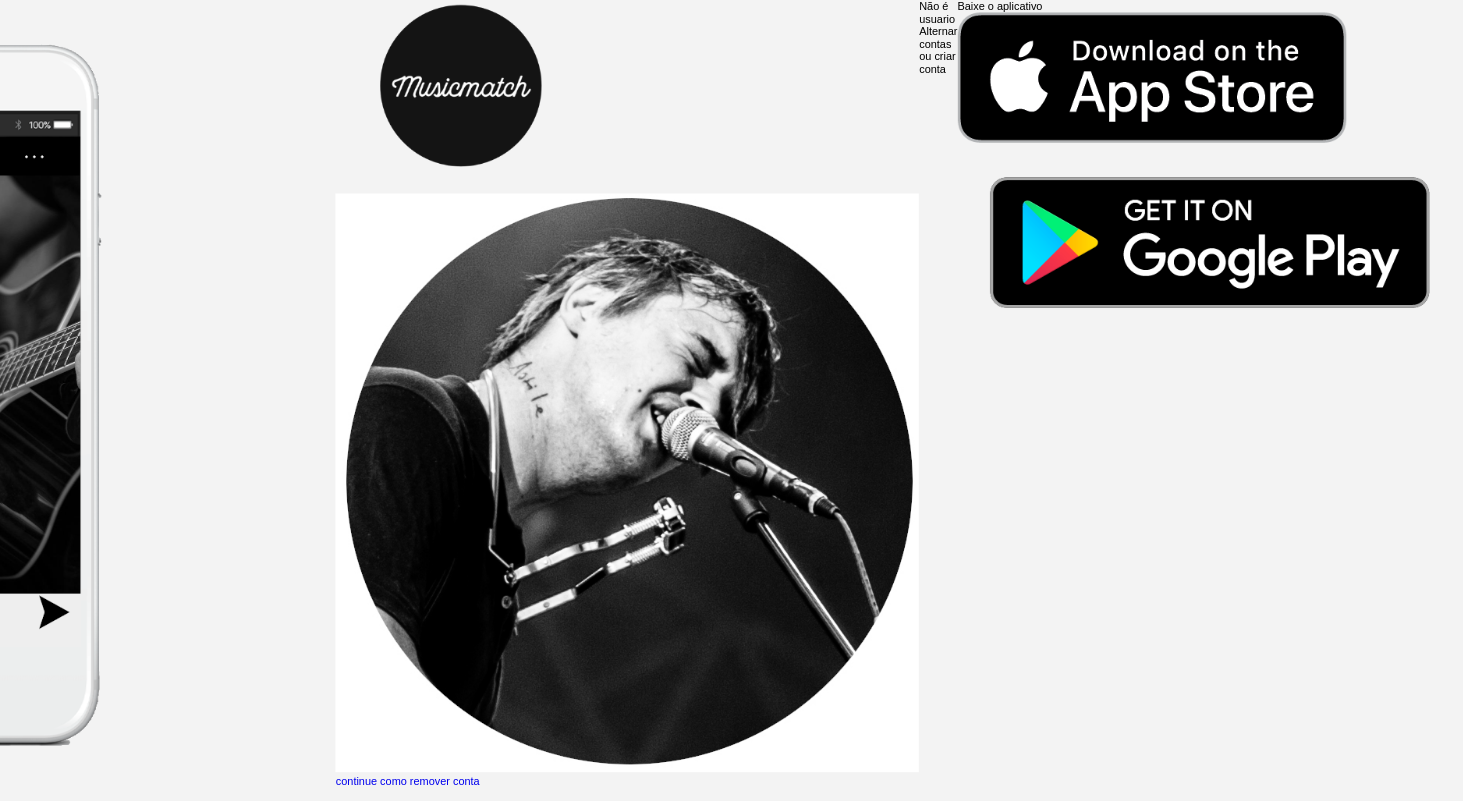
Repository: julianopedraca/matchmusic
Page: index.html
An editor plug-in stored every save of this project. The page is shown before and after the next save, followed by the edit.
The browser window is 1280 px wide. The page is 1874 px wide, then 1875 px, so the pictures cover 1875 px, including what lies to the right of the window. The pictures show the whole page, at 78% of full size.

Above is the page before, as saved 2022-06-09 20:47:48.

After the next save:
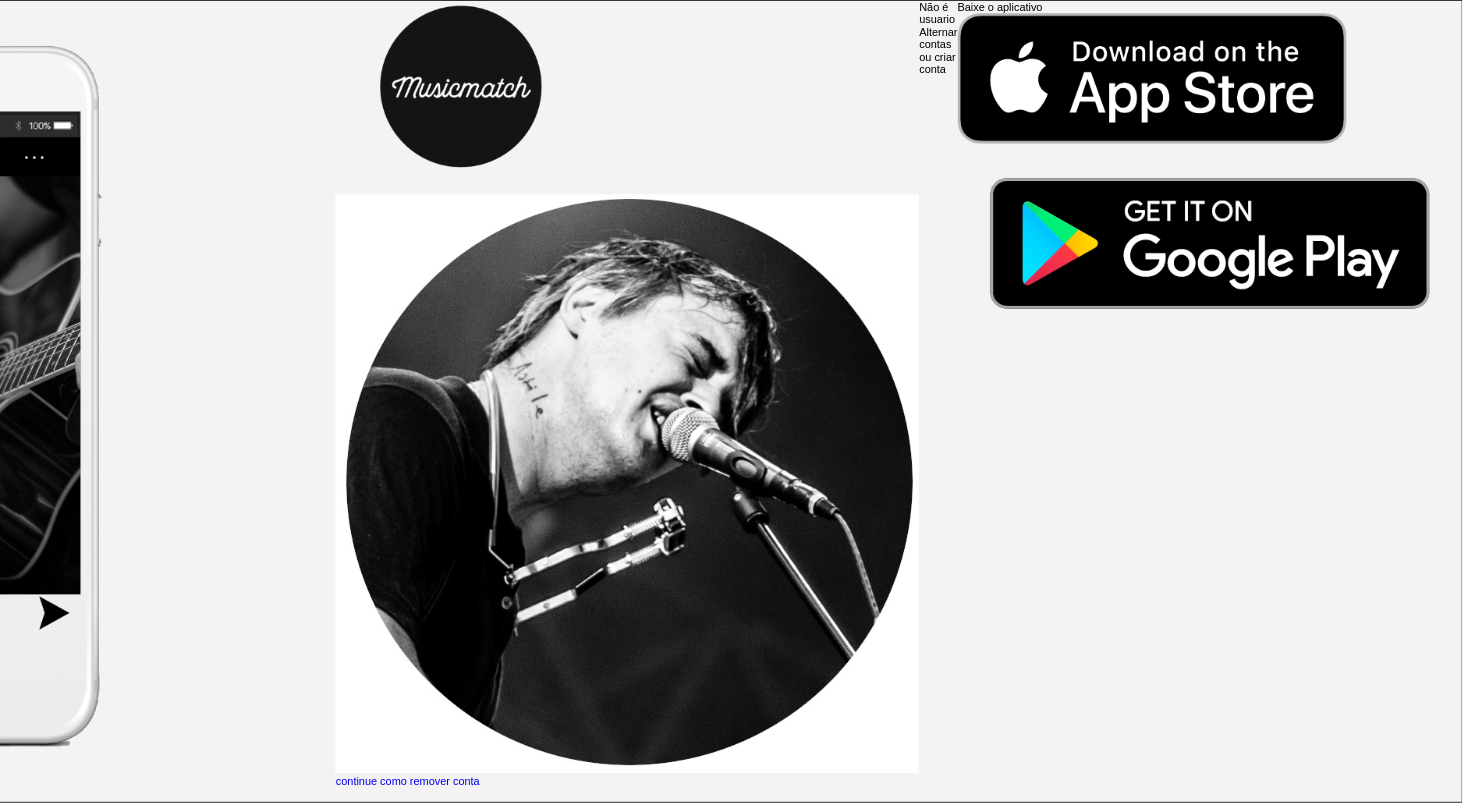
Saved 15 s later.
--- a/style.css
+++ b/style.css
@@ -20,5 +20,5 @@
 
 .musicmatch-wrapper{
     display: flex;
-    border-color: black solid 1px;
+    border: black solid 1px;
 }
